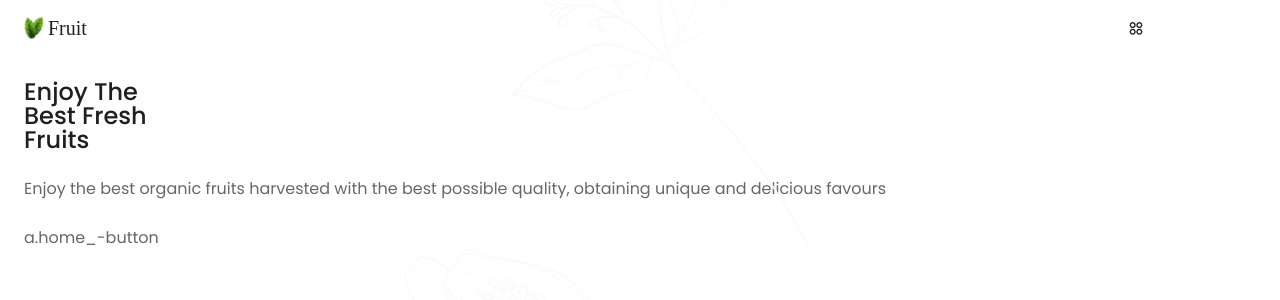
Repository: dinhhaidh/fruit
Page: index.html
An editor plug-in stored every save of this project. The page is shown before and after a run of saves, followed by the edit.
The browser window is 1280 px wide. The pictures show the whole page.
Some web fonts or font styles are not loaded; a fallback is used.

Above is the page before, as saved 2024-02-18 16:48:48.
Console error: ReferenceError: ScrollReveal is not defined

After the next 2 saves:
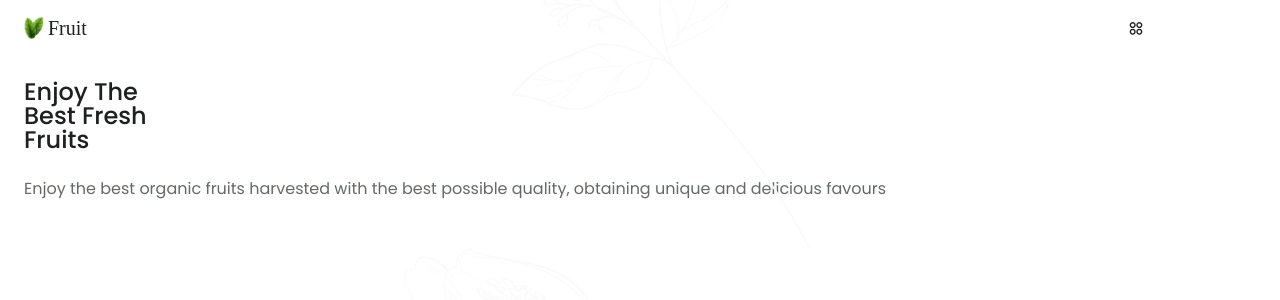
The 2 saves are shown as one change because they came seconds apart.
The last was saved 8 s later.
--- a/index.html
+++ b/index.html
@@ -68,7 +68,7 @@
                         Fruits
                     </h1>
                     <p class="home__desc">Enjoy the best organic fruits harvested with the best possible quality, obtaining unique and delicious favours</p>
-                    a.home_-button
+                    <a href="#" class="home__button"></a>
                 </div>
             </div>
         </section>
